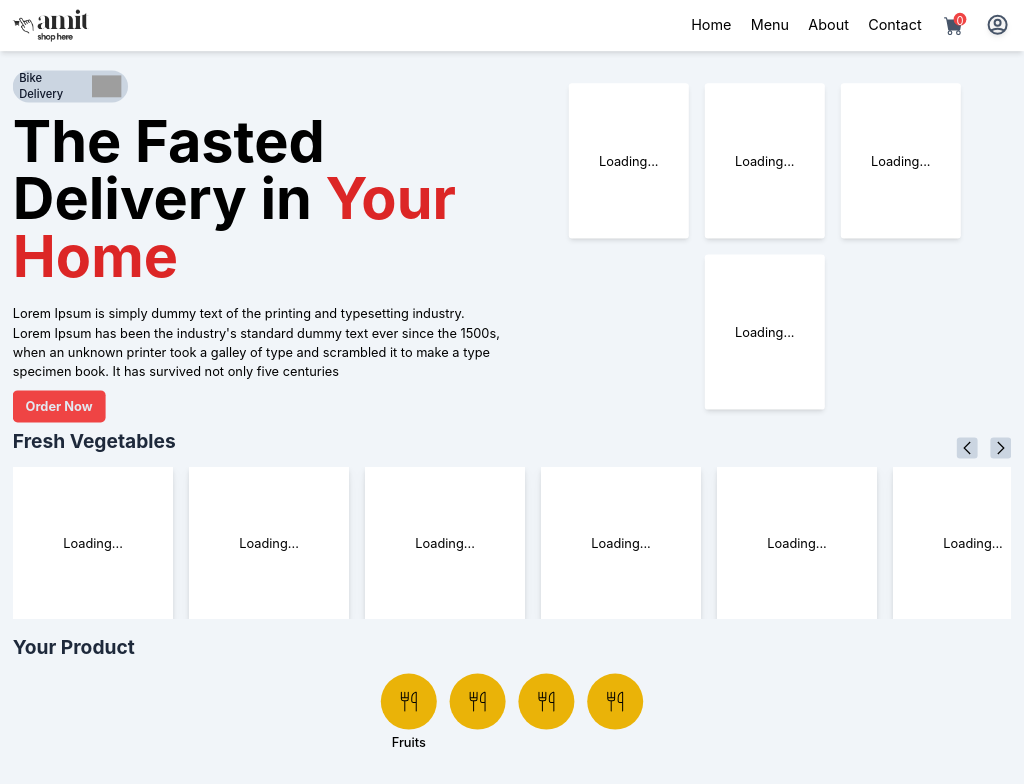
Repository: Lehuyhuynh/Web_ban_hoa_qua
Page: / (app in frontend/)
An editor plug-in stored every save of this project. The page is shown before and after the next save, followed by the edit.
The browser window is 1280 px wide. The pictures show the whole page, at 80% of full size.
Pictures or frames that could not be fetched are drawn as grey boxes. The page's requests for data from a server got no answer. The project was rebuilt for these pictures with package versions that can differ from the ones it lists, and the page was loaded fresh each time. No one was signed in, and anything a server would have sent is missing. Also part of the build but not shown: frontend/src/page/Menu.js, frontend/src/page/About.js, frontend/src/page/Contact.js, frontend/src/page/login.js, frontend/src/utility/ImagetoBase64.js, frontend/src/page/Newproduct.js, frontend/src/page/Signup.js.

Above is the page before, as saved 2024-01-06 21:07:24.

### frontend/src/index.js
import React from "react";
import ReactDOM from "react-dom/client";
import "./index.css";
import App from "./App";
import reportWebVitals from "./reportWebVitals";
import {
  createBrowserRouter,
  createRoutesFromElements,
  Route,
  RouterProvider,
} from "react-router-dom";

import Home from "./page/Home";
import Menu from "./page/Menu";
import About from "./page/About";
import Contact from "./page/Contact";
import Login from "./page/login";
import NewProduct from "./page/Newproduct";
import Signup from "./page/Signup";
import { store } from "./redux/index";
import { Provider } from "react-redux";

const router = createBrowserRouter(
  createRoutesFromElements(
    <Route path="/" element={<App />}>
      <Route index element={<Home />} />
      <Route path="menu" element={<Menu />} />
      <Route path="about" element={<About />} />
      <Route path="contact" element={<Contact />} />
      <Route path="login" element={<Login />} />
      <Route path="newproduct" element={<NewProduct />} />
      <Route path="signup" element={<Signup />} />
    </Route>
  )
);

const root = ReactDOM.createRoot(document.getElementById("root"));
root.render(
  <Provider store={store}>
    <RouterProvider router={router} />
  </Provider>
);

// If you want to start measuring performance in your app, pass a function
// to log results (for example: reportWebVitals(console.log))
// or send to an analytics endpoint. Learn more: https://bit.ly/CRA-vitals
reportWebVitals();

### frontend/src/App.js
import Header from "./component/Header";
import { Outlet } from "react-router-dom";
import toast, { Toaster } from "react-hot-toast";
import { useEffect } from "react";
import { useDispatch, useSelector } from "react-redux";
import { setDataProduct } from "./redux/productSlide";

function App() {
  const dispatch = useDispatch();
  const productData = useSelector((state) => state.product);

  useEffect(() => {
    (async () => {
      const res = await fetch(`${process.env.REACT_APP_SERVER_DOMIN}/product`);
      const resData = await res.json();
      console.log(1, resData);
      dispatch(setDataProduct(resData));
    })();
  }, []);

  return (
    <>
      <Toaster />
      <div>
        <Header />
        <main className="pt-16 bg-slate-100 min-h-[calc(100vh)]">
          <Outlet />
        </main>
      </div>
    </>
  );
}

export default App;

### frontend/src/page/Home.js
import React, { useEffect, useRef, useState } from "react";
import { useSelector } from "react-redux";
import CardFeature from "../component/CardFeature";
import HomeCard from "../component/HomeCard";
import { GrPrevious, GrNext } from "react-icons/gr";
import FilterProduct from "../component/FilterProduct";
// import AllProduct from "../component/AllProduct";
// import { CiForkAndKnife } from "react-icons/ci";

const Home = () => {
  const productData = useSelector((state) => state.product.productList);
  console.log(productData);
  const homeProductCartList = productData.slice(1, 5);
  const homeProductCartListVegetables = productData.filter(
    (el) => el.category === "vegetable",
    []
  );
  const loadingArray = new Array(4).fill(null);
  const slideProductRef = useRef();
  const loadingArrayFeature = new Array(10).fill(null);

  const nextProduct = () => {
    slideProductRef.current.scrollLeft += 200;
  };
  const preveProduct = () => {
    slideProductRef.current.scrollLeft -= 200;
  };
  const categoryList = new Set(...productData.map((el) => el.category));
  console.log(3, categoryList);
  return (
    <div className="p-2 md:p-4">
      <div className="md:flex gap-4 py-2">
        <div className="md:w-1/2">
          <div className="flex gap-3 bg-slate-300 w-36 px-2 items-center rounded-full">
            <p className="text-sm font-medium text-slate-900">Bike Delivery</p>
            <img
              src="https://cdn-icons-png.flaticon.com/512/2972/2972185.png"
              className="h-7"
            />
          </div>
          <h2 className="text-4xl md:text-7xl font-bold py-3">
            The Fasted Delivery in{" "}
            <span className="text-red-600 text-">Your Home</span>
          </h2>
          <p className="py-3 text-base ">
            Lorem Ipsum is simply dummy text of the printing and typesetting
            industry. Lorem Ipsum has been the industry's standard dummy text
            ever since the 1500s, when an unknown printer took a galley of type
            and scrambled it to make a type specimen book. It has survived not
            only five centuries
          </p>
          <button className="font-bold bg-red-500 text-slate-200 px-4 py-2 rounded-md">
            Order Now
          </button>
        </div>

        <div className="md:w-1/2 flex flex-wrap gap-5 p-4 justify-center">
          {homeProductCartList[0]
            ? homeProductCartList.map((el) => {
                return (
                  <HomeCard
                    key={el._id}
                    id={el._id}
                    image={el.image}
                    name={el.name}
                    price={el.price}
                    category={el.category}
                  />
                );
              })
            : loadingArray.map((el, index) => {
                return (
                  <HomeCard key={index + "loading"} loading={"Loading..."} />
                );
              })}
        </div>
      </div>

      <div className="">
        <div className="flex w-full items-center">
          <h2 className="font-bold text-2xl text-slate-800 mb-4">
            Fresh Vegetables
          </h2>
          <div className="ml-auto flex gap-4">
            <button
              onClick={preveProduct}
              className="bg-slate-300 hover:bg-slate-400 text-lg  p-1 rounded"
            >
              <GrPrevious />
            </button>
            <button
              onClick={nextProduct}
              className="bg-slate-300 hover:bg-slate-400 text-lg p-1 rounded "
            >
              <GrNext />
            </button>
          </div>
        </div>
        <div
          className="flex gap-5 overflow-scroll scrollbar-none scroll-smooth transition-all"
          ref={slideProductRef}
        >
          {homeProductCartListVegetables[0]
            ? homeProductCartListVegetables.map((el) => {
                return (
                  <CardFeature
                    key={el._id + "vegetable"}
                    id={el._id}
                    name={el.name}
                    category={el.category}
                    price={el.price}
                    image={el.image}
                  />
                );
              })
            : loadingArrayFeature.map((el, index) => (
                <CardFeature loading="Loading..." key={index + "cartLoading"} />
              ))}
        </div>
      </div>
      {/* <AllProduct heading={"Your Product"} /> */}

      <div className=" my-5">
        <h2 className="font-bold text-2xl text-slate-800 mb-4">Your Product</h2>

        <div className=" flex gap-4 justify-center">
          <FilterProduct category="fruits" />
          <FilterProduct />
          <FilterProduct />
          <FilterProduct />
        </div>
      </div>
    </div>
  );
};

export default Home;

### frontend/src/redux/index.js
import { configureStore } from "@reduxjs/toolkit";
import userSliceReducer from "./userSlice";
import productSlideReducer from "./productSlide";

export const store = configureStore({
  reducer: {
    user: userSliceReducer,
    product: productSlideReducer,
  },
});

### frontend/src/component/Header.js
import React, { useState } from "react";
import { Link } from "react-router-dom";
import logo from "../assest/logo .png";
import { HiOutlineUserCircle } from "react-icons/hi";
import { BsCartFill } from "react-icons/bs";
import { useDispatch, useSelector } from "react-redux";
import { logoutRedux } from "../redux/userSlice";
import { toast } from "react-hot-toast";

const Header = () => {
  const [showMenu, setShowMenu] = useState(false);
  const userData = useSelector((state) => state.user);
  const dispatch = useDispatch();

  const handleShowMenu = () => {
    setShowMenu((preve) => !preve);
  };
  const handleLogout = () => {
    dispatch(logoutRedux());
    toast("Logout successfully");
  };

  const cartItemNumber = useSelector((state) => state.product.cartItem);
  return (
    <header className="fixed shadow-md w-full h-16 px-2 md:px-4 z-50 bg-white">
      {/* desktop */}

      <div className="flex items-center h-full justify-between">
        <Link to={""}>
          <div className="h-10">
            <img src={logo} className="h-full" />
          </div>
        </Link>

        <div className="flex items-center gap-4 md:gap-7">
          <nav className="gap-4 md:gap-6 text-base md:text-lg hidden md:flex">
            <Link to={""}>Home</Link>
            <Link to={"menu/63f0fdbb3bcc2f97fa53d25d"}>Menu</Link>
            <Link to={"about"}>About</Link>
            <Link to={"contact"}>Contact</Link>
          </nav>
          <div className="text-2xl text-slate-600 relative">
            <Link to={"cart"}>
              <BsCartFill />
              <div className="absolute -top-1 -right-1 text-white bg-red-500 h-4 w-4 rounded-full m-0 p-0 text-sm text-center ">
                {cartItemNumber.length}
              </div>
            </Link>
          </div>
          <div className=" text-slate-600" onClick={handleShowMenu}>
            <div className="text-3xl cursor-pointer w-8 h-8 rounded-full overflow-hidden drop-shadow-md">
              {userData.image ? (
                <img src={userData.image} className="h-full w-full" />
              ) : (
                <HiOutlineUserCircle />
              )}
            </div>
            {showMenu && (
              <div className="absolute right-2 bg-white py-2  shadow drop-shadow-md flex flex-col min-w-[120px] text-center">
                {userData.email === process.env.REACT_APP_ADMIN_EMAIL && (
                  <Link
                    to={"newproduct"}
                    className="whitespace-nowrap cursor-pointer px-2"
                  >
                    New product
                  </Link>
                )}

                {userData.image ? (
                  <p
                    className="cursor-pointer text-white px-2 bg-red-500"
                    onClick={handleLogout}
                  >
                    Logout ({userData.firstName}){" "}
                  </p>
                ) : (
                  <Link
                    to={"login"}
                    className="whitespace-nowrap cursor-pointer px-2"
                  >
                    Login
                  </Link>
                )}
                <nav className="text-base md:text-lg flex flex-col md:hidden">
                  <Link to={""} className="px-2 py-1">
                    Home
                  </Link>
                  <Link
                    to={"menu/63f0fdbb3bcc2f97fa53d25d"}
                    className="px-2 py-1"
                  >
                    Menu
                  </Link>
                  <Link to={"about"} className="px-2 py-1">
                    About
                  </Link>
                  <Link to={"contact"} className="px-2 py-1">
                    Contact
                  </Link>
                </nav>
              </div>
            )}
          </div>
        </div>
      </div>

      {/* mobile */}
    </header>
  );
};

export default Header;

### frontend/src/redux/productSlide.js
import { createSlice } from "@reduxjs/toolkit";
import { toast } from "react-hot-toast";

const initialState = {
  productList: [],
  cartItem: [],
};

export const productSlice = createSlice({
  name: "product",
  initialState,
  reducers: {
    setDataProduct: (state, action) => {
      console.log(action);
      state.productList = [...action.payload];
    },
    // addCartItem: (state, action) => {
    //   const check = state.cartItem.some((el) => el._id === action.payload._id);
    //   if (check) {
    //     toast("Already Item in Cart");
    //   } else {
    //     toast("Item Add successfully");
    //     const total = action.payload.price;
    //     state.cartItem = [
    //       ...state.cartItem,
    //       { ...action.payload, qty: 1, total: total },
    //     ];
    //   }
    // },
    // deleteCartItem: (state, action) => {
    //   toast("one Item Delete");
    //   const index = state.cartItem.findIndex((el) => el._id === action.payload);
    //   state.cartItem.splice(index, 1);
    //   console.log(index);
    // },
    // increaseQty: (state, action) => {
    //   const index = state.cartItem.findIndex((el) => el._id === action.payload);
    //   let qty = state.cartItem[index].qty;
    //   const qtyInc = ++qty;
    //   state.cartItem[index].qty = qtyInc;

    //   const price = state.cartItem[index].price;
    //   const total = price * qtyInc;

    //   state.cartItem[index].total = total;
    // },
    // decreaseQty: (state, action) => {
    //   const index = state.cartItem.findIndex((el) => el._id === action.payload);
    //   let qty = state.cartItem[index].qty;
    //   if (qty > 1) {
    //     const qtyDec = ++qty;
    //     state.cartItem[index].qty = qtyDec;

    //     const price = state.cartItem[index].price;
    //     const total = price * qtyDec;

    //     state.cartItem[index].total = total;
    //   }
    // },
  },
});

export const {
  setDataProduct,
  // addCartItem,
  // deleteCartItem,
  // increaseQty,
  // decreaseQty,
} = productSlice.actions;

export default productSlice.reducer;

### frontend/src/component/CardFeature.js
import React from "react";
import { useDispatch } from "react-redux";
import { Link } from "react-router-dom";
// import { addCartItem, increaseQty } from "../redux/productSlide";

const CardFeature = ({ image, name, price, category, loading, id }) => {
  const dispatch = useDispatch();

  const handleAddCartProduct = (e) => {
    // dispatch(
    //   addCartItem({
    //     _id: id,
    //     name: name,
    //     price: price,
    //     category: category,
    //     image: image,
    //   })
    // );
  };

  return (
    <div className="w-full min-w-[200px] max-w-[200px] bg-white hover:shadow-lg drop-shadow-lg py-5 px-4 cursor-pointer flex flex-col ">
      {" "}
      {image ? (
        <>
          <Link
            to={`/menu/${id}`}
            onClick={() => window.scrollTo({ top: "0", behavior: "smooth" })}
          >
            <div className="h-28 flex flex-col justify-center items-center">
              <img src={image} className="h-full" />
            </div>
            <h3 className="font-semibold text-slate-600  capitalize text-lg mt-4 whitespace-nowrap overflow-hidden">
              {name}
            </h3>
            <p className=" text-slate-500  font-medium">{category}</p>
            <p className=" font-bold">
              <span>{price}</span>
              <span className="text-red-500">đ</span>
            </p>
          </Link>
          <button
            className="bg-yellow-500 py-1 mt-2 rounded hover:bg-yellow-600 w-full"
            onClick={handleAddCartProduct}
          >
            Add Cart
          </button>
        </>
      ) : (
        <div className="min-h-[150px] flex justify-center items-center">
          <p>{loading}</p>
        </div>
      )}
    </div>
  );
};

export default CardFeature;

### frontend/src/component/HomeCard.js
import React from "react";
import { Link } from "react-router-dom";

const HomeCard = ({ name, image, category, price, loading, id }) => {
  return (
    <div className="bg-white shadow-md p-2 rounded min-w-[150px]">
      {name ? (
        <>
          <Link
            to={`/menu/${id}`}
            onClick={() => window.scrollTo({ top: "0", behavior: "smooth" })}
          >
            <div className="w-40 min-h-[150px]">
              <img src={image} className="h-full w-full" />
            </div>
            <h3 className="font-semibold text-slate-600 text-center capitalize text-lg">
              {name}
            </h3>
            <p className="text-center text-slate-500  font-medium">
              {category}
            </p>
            <p className="text-center font-bold">
              {/* <span className="text-red-500">đ</span> */}
              <span>{price}</span>
              <span className="text-red-500">đ</span>
            </p>
          </Link>
        </>
      ) : (
        <div className="flex justify-center items-center h-full">
          <p>{loading}</p>
        </div>
      )}
    </div>
  );
};

export default HomeCard;

### frontend/src/component/FilterProduct.js
import React from "react";
import { CiForkAndKnife } from "react-icons/ci";

const FilterProduct = ({ category, onClick, isActive }) => {
  return (
    <div onClick={onClick}>
      <div
        className={`text-3xl p-5  rounded-full cursor-pointer ${
          isActive ? "bg-red-600 text-white" : "bg-yellow-500"
        }`}
      >
        <CiForkAndKnife />
      </div>
      <p className="text-center font-medium my-1 capitalize">{category}</p>
    </div>
  );
};

export default FilterProduct;

### frontend/src/redux/userSlice.js
import { createSlice } from "@reduxjs/toolkit";

const initialState = {
  email: "",
  firstName: "",
  image: "",
  lastName: "",
  _id: "",
};

export const userSlice = createSlice({
  name: "user",
  initialState,
  reducers: {
    loginRedux: (state, action) => {
      console.log(action.payload.data);
      console.log(action);
      // state.user = action.payload.data;
      state._id = action.payload.data._id;
      state.firstName = action.payload.data.firstName;
      state.lastName = action.payload.data.lastName;
      state.email = action.payload.data.email;
      state.image = action.payload.data.image;
    },
    logoutRedux: (state, action) => {
      state._id = "";
      state.firstName = "";
      state.lastName = "";
      state.email = "";
      state.image = "";
    },
  },
});

export const { loginRedux, logoutRedux } = userSlice.actions;

export default userSlice.reducer;

### frontend/tailwind.config.js
/** @type {import('tailwindcss').Config} */
module.exports = {
  content: ["./src/**/*.{html,js}"],
  theme: {
    extend: {},
  },
  plugins: [
    // ...
    require("tailwind-scrollbar")({ nocompatible: true }),
  ],
};

### frontend/src/component/AllProduct.js
import React, { useEffect, useState } from "react";
import { useSelector } from "react-redux";
import CardFeature from "./CardFeature";
import FilterProduct from "./FilterProduct";

const AllProduct = ({ heading }) => {
  const productData = useSelector((state) => state.product.productList);
  const categoryList = [...new Set(productData.map((el) => el.category))];

  // //filter data display
  const [filterby, setFilterBy] = useState("");
  const [dataFilter, setDataFilter] = useState([]);

  useEffect(() => {
    setDataFilter(productData);
  }, [productData]);

  const handleFilterProduct = (category) => {
    setFilterBy(category);
    const filter = productData.filter(
      (el) => el.category.toLowerCase() === category.toLowerCase()
    );
    setDataFilter(() => {
      return [...filter];
    });
  };

  const loadingArrayFeature = new Array(10).fill(null);

  return (
    <div className="my-5">
      {" "}
      <h2 className="font-bold text-2xl text-slate-800 mb-4">{heading}</h2>
      <div className="flex gap-4 justify-center overflow-scroll scrollbar-none">
        {categoryList[0] ? (
          categoryList.map((el) => {
            return (
              <FilterProduct
                category={el}
                key={el}
                isActive={el.toLowerCase() === filterby.toLowerCase()}
                onClick={() => handleFilterProduct(el)}
              />
            );
          })
        ) : (
          <div className="min-h-[150px] flex justify-center items-center">
            <p>Loading...</p>
          </div>
        )}
      </div>
      <div className="flex flex-wrap justify-center gap-4 my-4">
        {dataFilter[0]
          ? dataFilter.map((el) => {
              return (
                <CardFeature
                  key={el._id}
                  id={el._id}
                  image={el.image}
                  name={el.name}
                  category={el.category}
                  price={el.price}
                />
              );
            })
          : loadingArrayFeature.map((el, index) => (
              <CardFeature loading="Loading..." key={index + "allProduct"} />
            ))}
      </div>
    </div>
  );
};

export default AllProduct;

Loaded but not shown: frontend/public/index.html (common file); frontend/src/index.css (common file); frontend/src/reportWebVitals.js (common file)

After the next save:
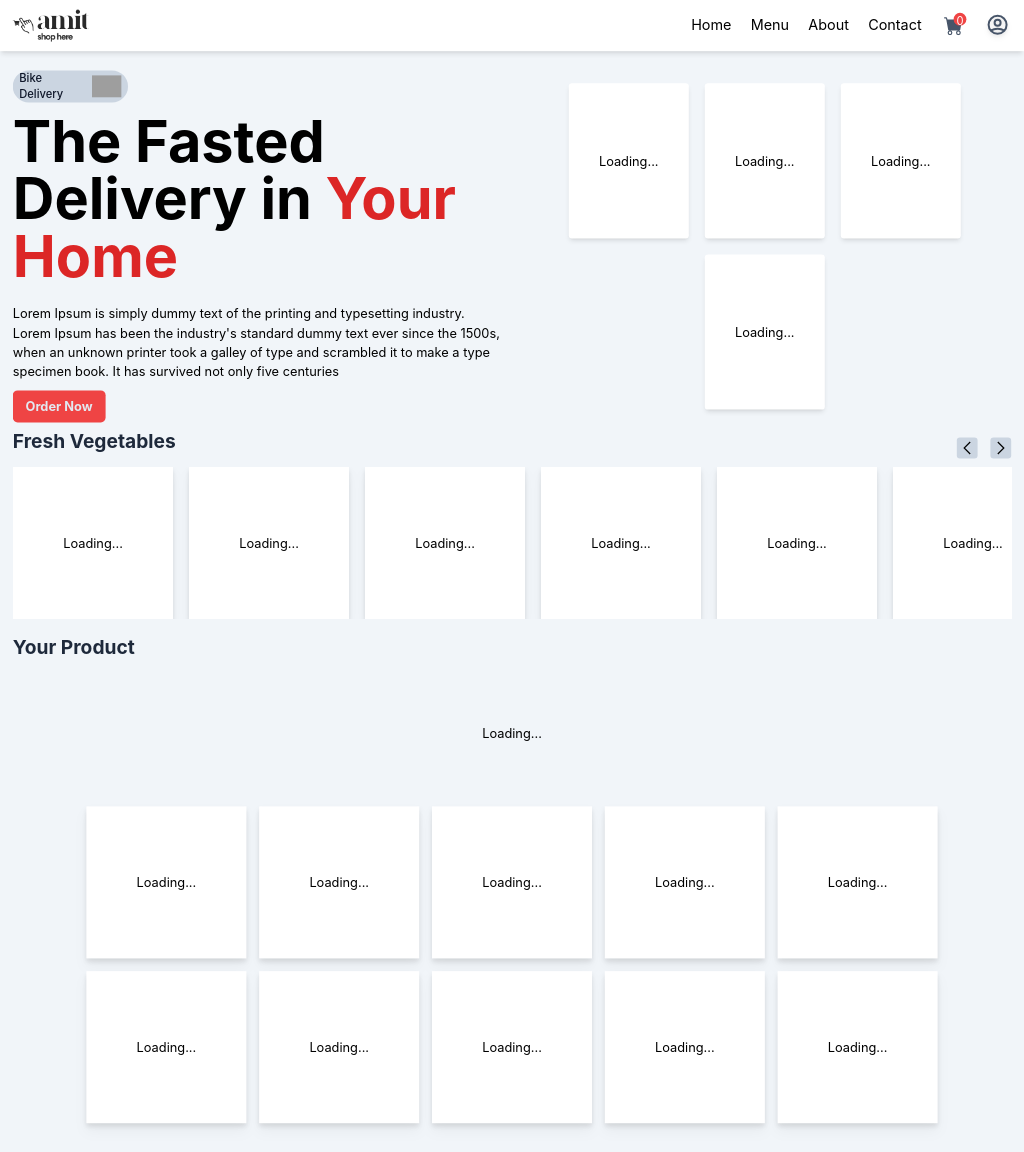
Saved 45 s later.
--- a/frontend/src/page/Home.js
+++ b/frontend/src/page/Home.js
@@ -3,8 +3,8 @@ import { useSelector } from "react-redux";
 import CardFeature from "../component/CardFeature";
 import HomeCard from "../component/HomeCard";
 import { GrPrevious, GrNext } from "react-icons/gr";
-import FilterProduct from "../component/FilterProduct";
-// import AllProduct from "../component/AllProduct";
+// import FilterProduct from "../component/FilterProduct";
+import AllProduct from "../component/AllProduct";
 // import { CiForkAndKnife } from "react-icons/ci";
 
 const Home = () => {
@@ -118,18 +118,7 @@ const Home = () => {
               ))}
         </div>
       </div>
-      {/* <AllProduct heading={"Your Product"} /> */}
-
-      <div className=" my-5">
-        <h2 className="font-bold text-2xl text-slate-800 mb-4">Your Product</h2>
-
-        <div className=" flex gap-4 justify-center">
-          <FilterProduct category="fruits" />
-          <FilterProduct />
-          <FilterProduct />
-          <FilterProduct />
-        </div>
-      </div>
+      <AllProduct heading={"Your Product"} />
     </div>
   );
 };
